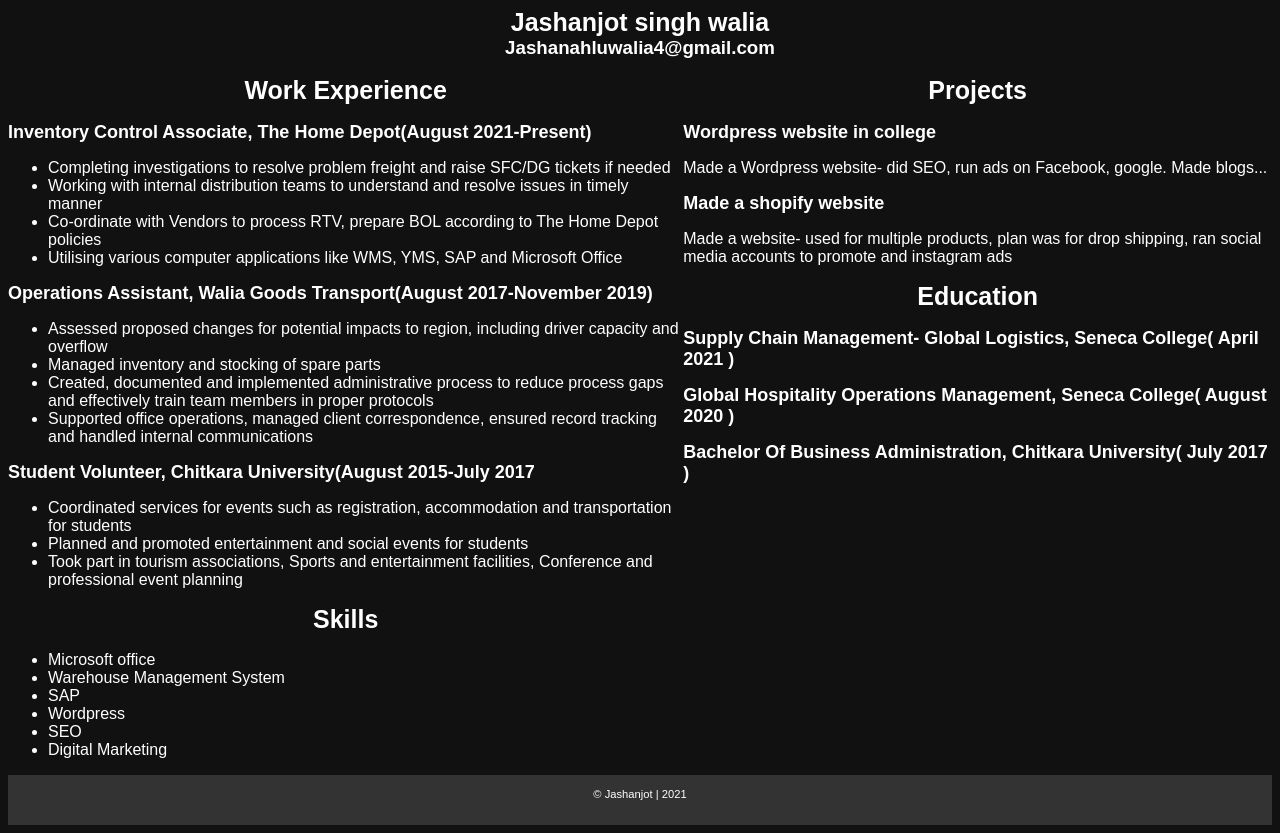
Repository: jashn13/portfolio
Page: index.html
These files come from the project's save history. The page is drawn as it stood at one moment and after a run of saves; the edit follows.
The browser window is 1280 px wide. The pictures show the whole page.

Above is the page before, as saved 2021-11-13 08:32:32.

### index.html
<!DOCTYPE html>
<html>
  <head>
    <style>
      .heading {
        margin: auto;
        text-align: center;
      }
      h1 {
        text-align: center;
        font-size: 25px;
      }
      h2 {
        text-align: left;
        font-size: 18px;
      }

      body {
        font-family: Arial;
        color: white;
        background-color: #111;
      }

      .centered {
        position: absolute;
        top: 50%;
        left: 50%;
        transform: translate(-50%, -50%);
        text-align: center;
      }
      footer {
        position: relative;
        height: 50px;
        width: 100%;
        background-color: #333333;
      }

      p.copyright {
        position: absolute;
        width: 100%;
        color: #fff;
        line-height: 40px;
        font-size: 0.7em;
        text-align: center;
        bottom: 0;
      }
    </style>
  </head>
  <body>
    <h1 class="heading">Jashanjot singh walia</h1>
    <h3 class="heading">Jashanahluwalia4@gmail.com</h3>
    <div style="display: flex;">
      <div class="split left">
        <h1>Work Experience</h1>
        <h2>
          Inventory Control Associate, The Home Depot(August 2021-Present)
        </h2>
        <ul>
          <li>
            Completing investigations to resolve problem freight and raise
            SFC/DG tickets if needed
          </li>
          <li>
            Working with internal distribution teams to understand and resolve
            issues in timely manner
          </li>
          <li>
            Co-ordinate with Vendors to process RTV, prepare BOL according to
            The Home Depot policies
          </li>
          <li>
            Utilising various computer applications like WMS, YMS, SAP and
            Microsoft Office
          </li>
        </ul>
        <h2>
          Operations Assistant, Walia Goods Transport(August 2017-November 2019)
        </h2>
        <ul>
          <li>
            Assessed proposed changes for potential impacts to region, including
            driver capacity and overflow
          </li>
          <li>Managed inventory and stocking of spare parts</li>
          <li>
            Created, documented and implemented administrative process to reduce
            process gaps and effectively train team members in proper protocols
          </li>
          <li>
            Supported office operations, managed client correspondence, ensured
            record tracking and handled internal communications
          </li>
        </ul>

        <h2>Student Volunteer, Chitkara University(August 2015-July 2017</h2>
        <ul>
          <li>
            Coordinated services for events such as registration, accommodation
            and transportation for students
          </li>
          <li>
            Planned and promoted entertainment and social events for students
          </li>
          <li>
            Took part in tourism associations, Sports and entertainment
            facilities, Conference and professional event planning
          </li>
        </ul>
        <h1>Skills</h1>
        <ul>
          <li>Microsoft office</li>
          <li>Warehouse Management System</li>
          <li>SAP</li>
          <li>Wordpress</li>
          <li>SEO</li>
          <li>Digital Marketing</li>
        </ul>
      </div>

      <div class="split right">
        <h1>Projects</h1>
        <h2>Wordpress website in college</h2>
        <p>
          Made a Wordpress website- did SEO, run ads on Facebook, google. Made
          blogs...
        </p>
        <h2>Made a shopify website</h2>
        <p>
          Made a website- used for multiple products, plan was for drop
          shipping, ran social media accounts to promote and instagram ads
        </p>
        <h1>Education</h1>
        <h2>
          Supply Chain Management- Global Logistics, Seneca College( April 2021
          )
        </h2>
        <h2>
          Global Hospitality Operations Management, Seneca College( August 2020
          )
        </h2>
        <h2>
          Bachelor Of Business Administration, Chitkara University( July 2017 )
        </h2>
      </div>
    </div>
    <footer>
      <p class="copyright">© Jashanjot | 2021</p>
    </footer>
  </body>
</html>

After the next 2 saves:
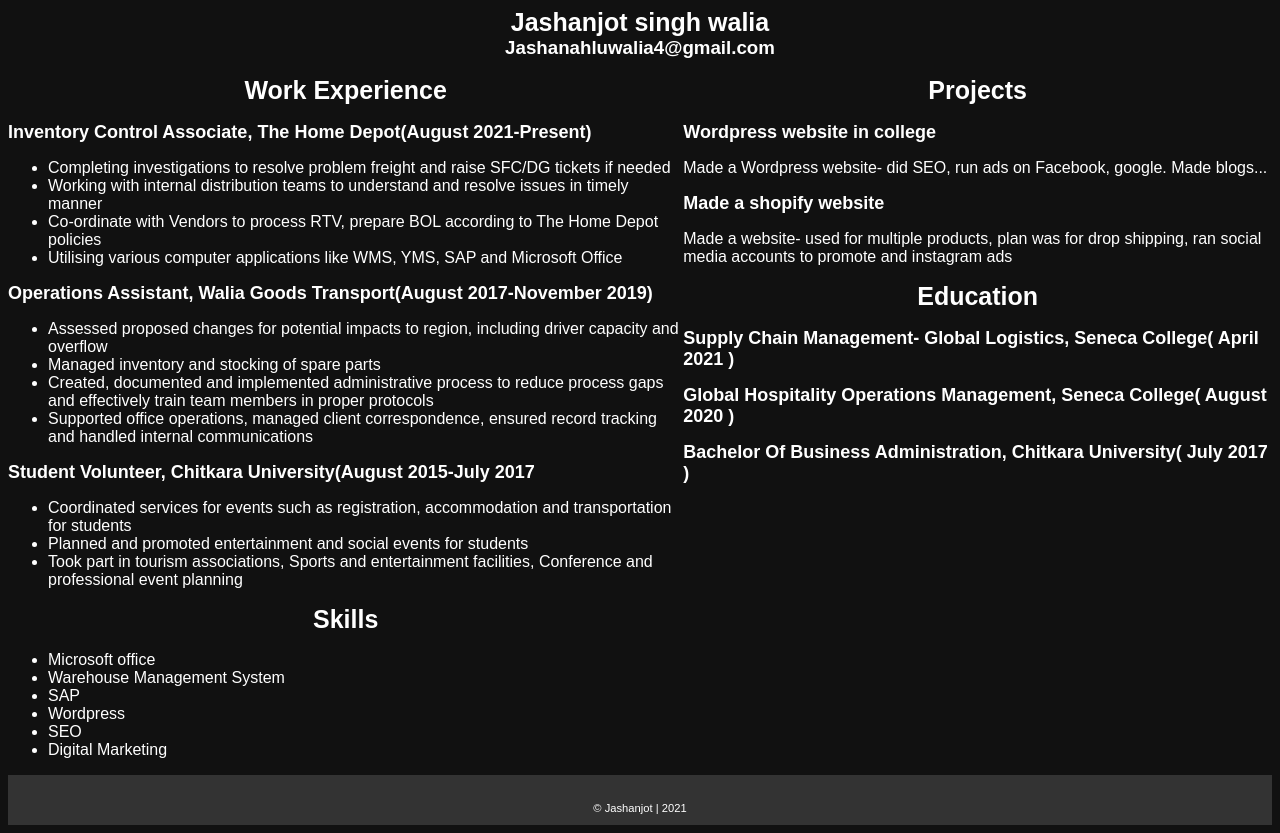
The 2 saves are shown as one change because they came seconds apart.
The last was saved 29 s later.
--- a/index.html
+++ b/index.html
@@ -39,7 +39,6 @@
         position: absolute;
         width: 100%;
         color: #fff;
-        line-height: 40px;
         font-size: 0.7em;
         text-align: center;
         bottom: 0;
